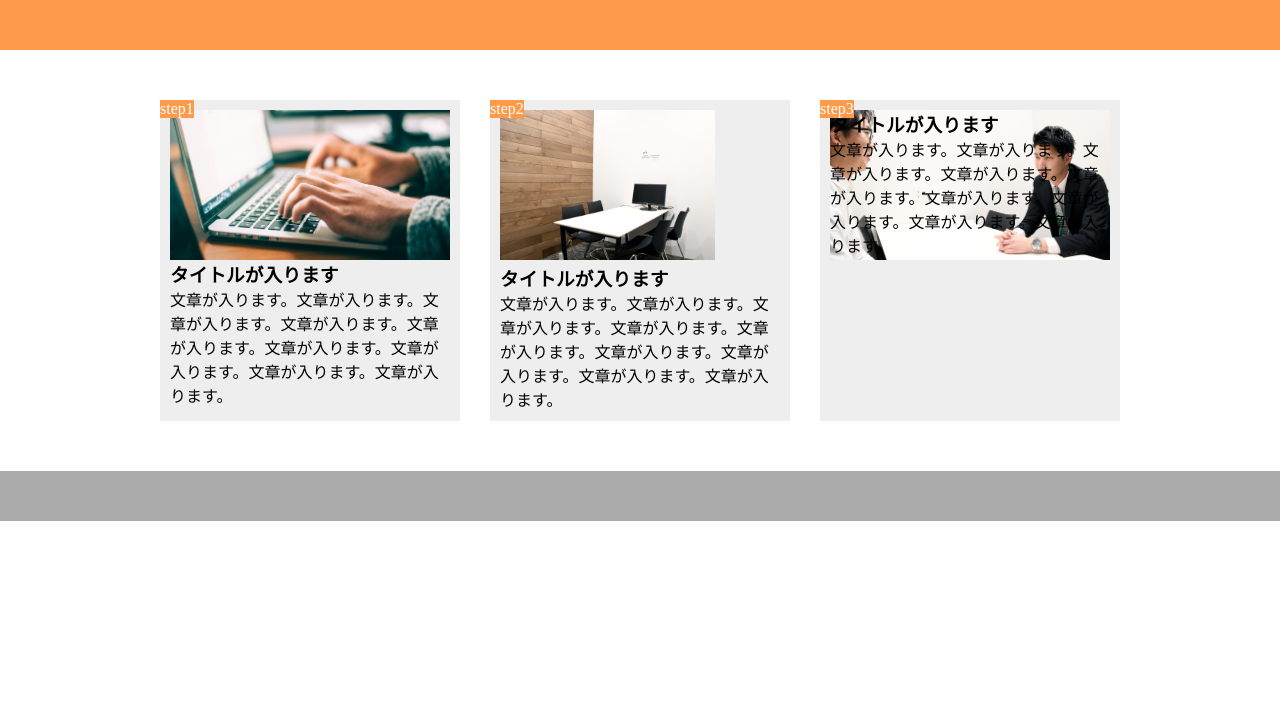
Repository: nashiworio1011/git-kadi1
Page: ennsyuu/chapter9.html
The author's editor kept a record of every edit. The page is drawn from the files as they stood at one moment, then again after the next edit.
The browser window is 1280 px wide. The pictures show the whole page.

Above is the page before.

After the next edit:
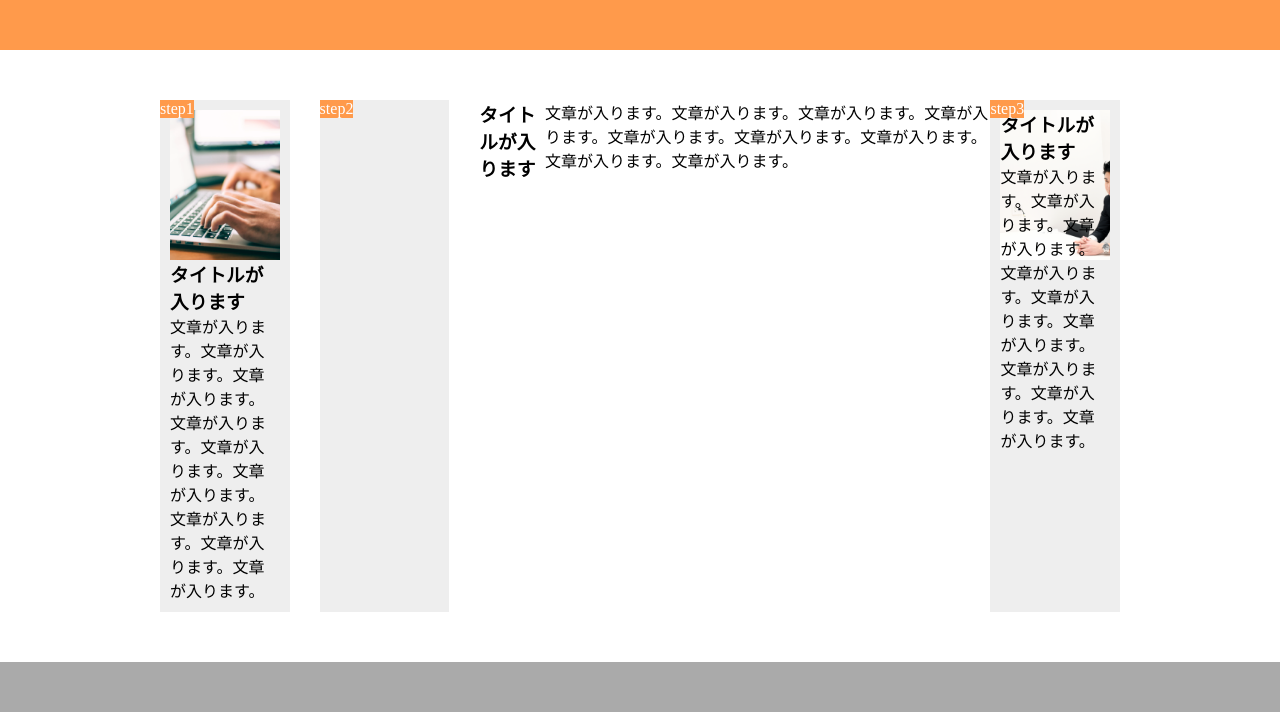
The edit:
--- a/ennsyuu/chapter9.html
+++ b/ennsyuu/chapter9.html
@@ -17,7 +17,7 @@
       </div>
       <div class="stepbox">
         <div class="step-num">step2</div>
-        <img class="step-img2" src="img/flow02.png">
+        <img class="step-img2"></div>
         <h3>タイトルが入ります</h3>
        <p>文章が入ります。文章が入ります。文章が入ります。文章が入ります。文章が入ります。文章が入ります。文章が入ります。文章が入ります。文章が入ります。</p>
       </div>
